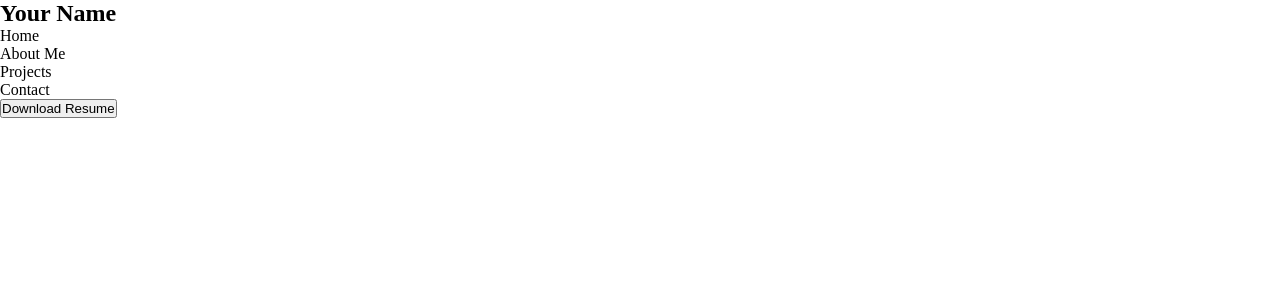
Repository: DevAntonioRogers/vanilla-portfolio
Page: index.html
These files come from the project's save history. The page is drawn as it stood at one moment and after the next save; the edit follows.
The browser window is 1280 px wide. The pictures show the whole page.

Above is the page before, as saved 2023-07-12 14:08:37.

### index.html
<!DOCTYPE html>
<html lang="en">
  <head>
    <meta charset="UTF-8" />
    <meta name="viewport" content="width=device-width, initial-scale=1.0" />
    <link rel="stylesheet" href="style.css" />
    <title>Antonio Rogers</title>
  </head>
  <body>
    <nav>
      <a href="/" aria-label="Home"> <h1>Your Name</h1></a>
      <ul>
        <li>
          <a href="/" aria-label="Home">Home</a>
        </li>
        <li>
          <a href="/" aria-label="About Me">About Me</a>
        </li>
        <li>
          <a href="/" aria-label="Projects">Projects</a>
        </li>
        <li>
          <a href="/" aria-label="Contact">Contact</a>
        </li>
        <li>
          <a href="/resume.pdf" download aria-label="Download Resume">
            <button>Download Resume</button>
          </a>
        </li>
      </ul>
    </nav>
  </body>
</html>

### style.css
* {
  box-sizing: border-box;
  padding: 0;
  margin: 0;
}

a {
  text-decoration: none;
  color: inherit;
}

li {
  list-style: none;
}

After the next save:
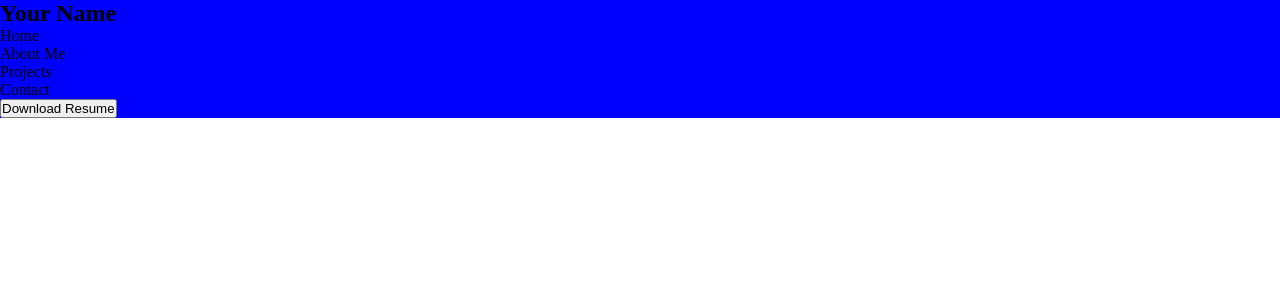
Saved 32 s later.
--- a/style.css
+++ b/style.css
@@ -12,3 +12,7 @@ a {
 li {
   list-style: none;
 }
+
+nav {
+  background-color: blue;
+}
